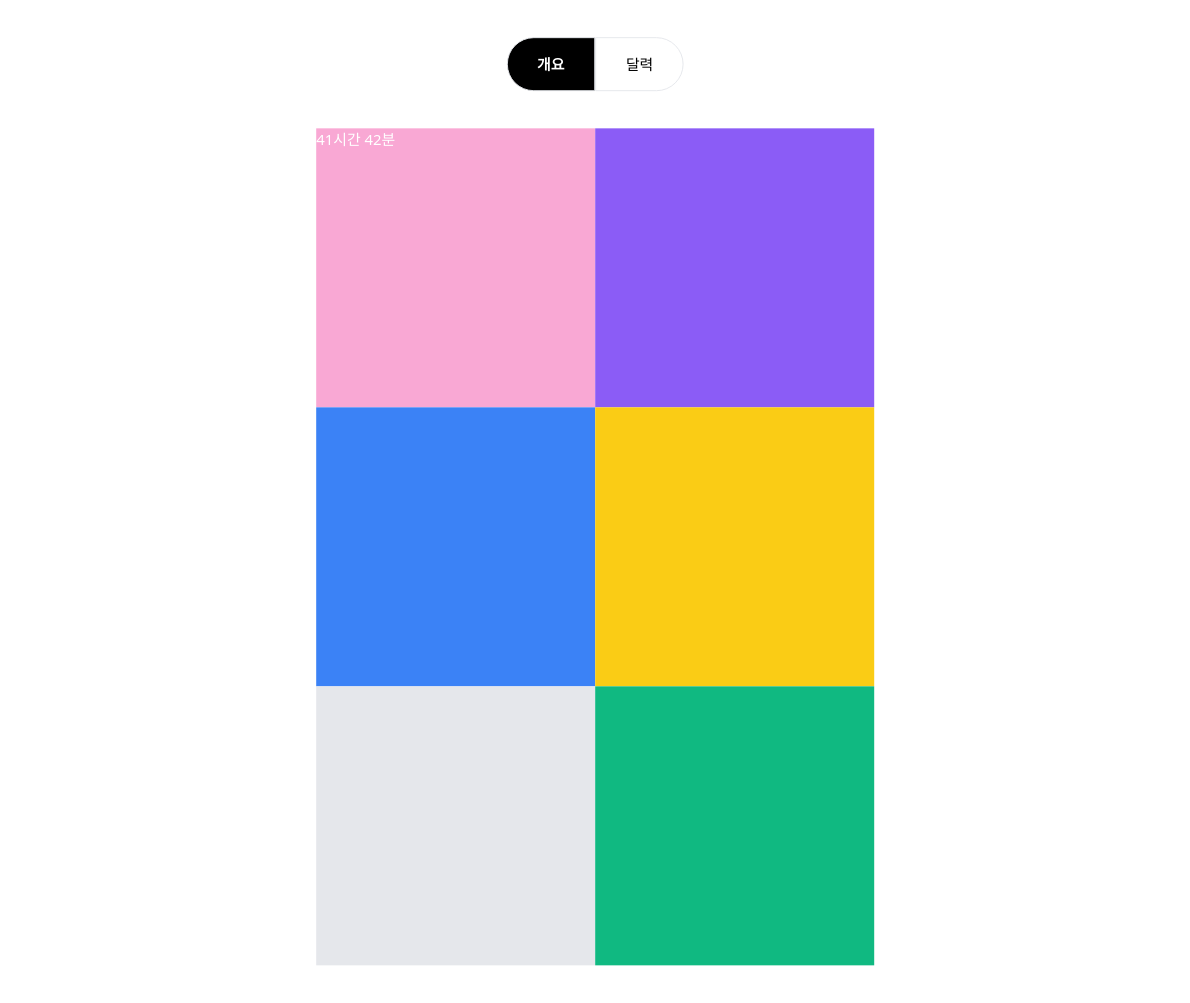
Repository: honey-punch/my-alcohol
Page: /
The author's editor kept a copy of each file at every save. The page is drawn from the files as they stood at one save, then again after the next save.
The browser window is 1280 px wide. The pictures show the whole page, at 93% of full size.
The project was rebuilt for these pictures with package versions that can differ from the ones it lists, and the page was loaded fresh each time. The framework's server and built-in components were replaced by stand-ins that run in the browser. Also part of the build but not shown: next.config.ts, src/app/_component/Calendar.tsx.

Above is the page before, as saved 2025-02-10 15:47:23.

### src/app/page.tsx
"use client";

import { useState } from "react";
import Summary from "./_component/Summary";
import Calendar from "./_component/Calendar";

type ViewType = "summary" | "calendar";

export default function Home() {
  // useState
  const [viewType, setViewType] = useState<ViewType>("summary");

  // functions
  function handleChangeViewType() {
    if (viewType === "summary") {
      setViewType("calendar");
    } else {
      setViewType("summary");
    }
  }

  return (
    <div className="w-full flex flex-col items-center p-10 gap-10">
      <div onClick={handleChangeViewType} className="flex">
        <button
          className={`${
            viewType === "summary"
              ? "bg-black text-white font-black"
              : "hover:bg-black/20"
          } rounded-s-full border px-8 py-4 transition-colors`}
        >
          개요
        </button>
        <button
          className={`${
            viewType === "calendar"
              ? "bg-black text-white font-black"
              : "hover:bg-black/20"
          } rounded-e-full border px-8 py-4 transition-colors`}
        >
          달력
        </button>
      </div>
      {viewType === "summary" ? <Summary /> : <Calendar />}
    </div>
  );
}

### src/app/_component/Summary.tsx
const BOX_SIZE = 300;

export default function Summary() {
  const today = new Date();

  // TODO - DB에서 받아온 술마신 날들 중 가장 마지막 날
  const lastDay = new Date("2025-02-08T22:00:00");

  function getTimeDiff() {
    const diffMs = Math.abs(today.getTime() - lastDay.getTime());
    const hours = Math.floor(diffMs / (1000 * 60 * 60));
    const minutes = Math.floor((diffMs % (1000 * 60 * 60)) / (1000 * 60));

    return `${hours}시간 ${minutes}분`;
  }

  function getDayDiff() {
    const diffMs = Math.abs(today.getTime() - lastDay.getTime());
    const days = Math.floor(diffMs / (1000 * 60 * 60 * 24));

    return `${days}일 `;
  }

  console.log(getTimeDiff());
  console.log(getDayDiff());

  return (
    <div className="grid grid-cols-2">
      <div
        style={{ width: `${BOX_SIZE}px`, height: BOX_SIZE }}
        className="bg-pink-300 text-white"
      >
        {getTimeDiff()}
      </div>
      <div
        style={{ width: `${BOX_SIZE}px`, height: BOX_SIZE }}
        className="bg-violet-500 text-white"
      ></div>
      <div
        style={{ width: `${BOX_SIZE}px`, height: BOX_SIZE }}
        className="bg-blue-500 text-white"
      ></div>
      <div
        style={{ width: `${BOX_SIZE}px`, height: BOX_SIZE }}
        className="bg-yellow-400 text-white"
      ></div>
      <div
        style={{ width: `${BOX_SIZE}px`, height: BOX_SIZE }}
        className="bg-gray-200 text-white"
      ></div>
      <div
        style={{ width: `${BOX_SIZE}px`, height: BOX_SIZE }}
        className="bg-emerald-500 text-white"
      ></div>
    </div>
  );
}

Loaded but not shown: src/app/layout.tsx (common file); src/app/globals.css (common file); tailwind.config.ts (common file)

After the next save:
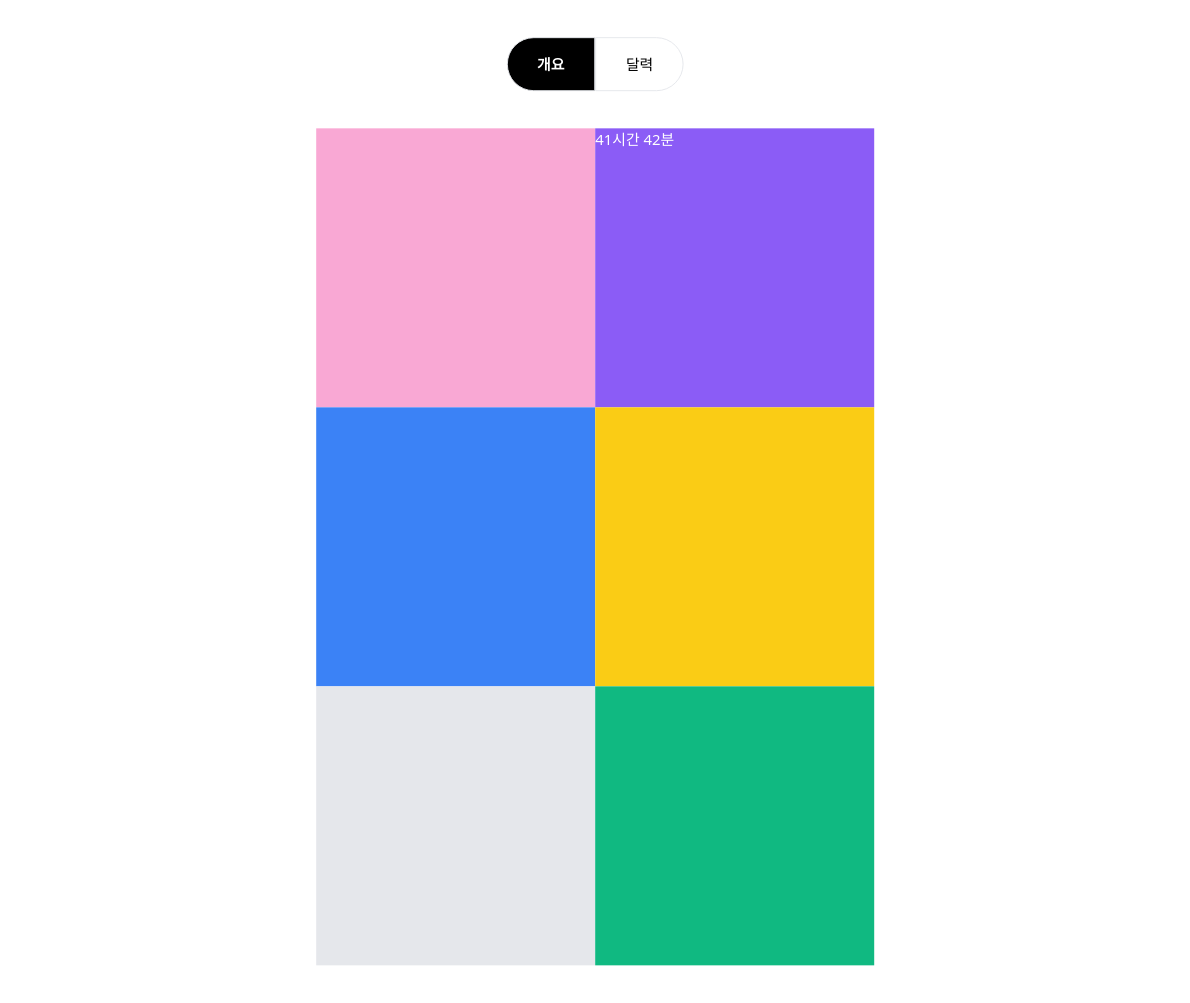
Saved 10 s later.
--- a/src/app/_component/Summary.tsx
+++ b/src/app/_component/Summary.tsx
@@ -29,13 +29,13 @@ export default function Summary() {
       <div
         style={{ width: `${BOX_SIZE}px`, height: BOX_SIZE }}
         className="bg-pink-300 text-white"
+      ></div>
+      <div
+        style={{ width: `${BOX_SIZE}px`, height: BOX_SIZE }}
+        className="bg-violet-500 text-white"
       >
         {getTimeDiff()}
       </div>
-      <div
-        style={{ width: `${BOX_SIZE}px`, height: BOX_SIZE }}
-        className="bg-violet-500 text-white"
-      ></div>
       <div
         style={{ width: `${BOX_SIZE}px`, height: BOX_SIZE }}
         className="bg-blue-500 text-white"
